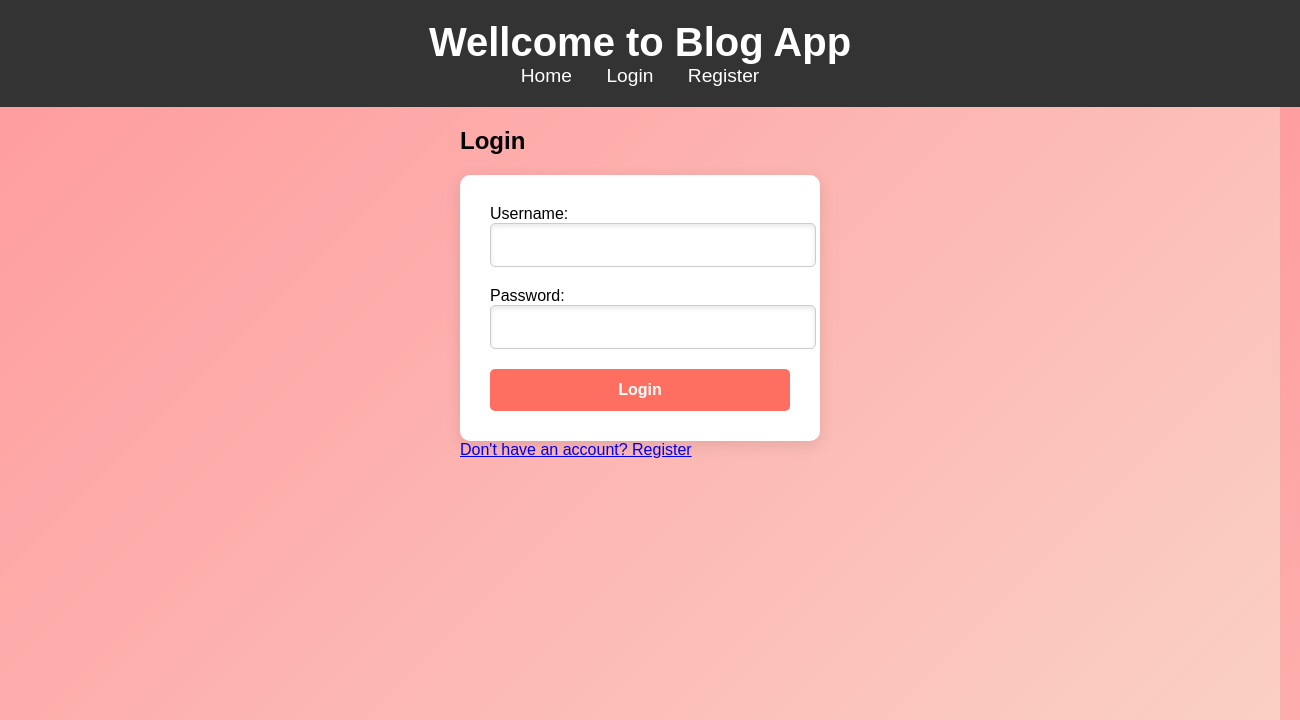
Repository: kapucuonur/blog_App
Page: users/templates/users/login.html
The author's editor kept a copy of each file at every save. The page is drawn from the files as they stood at one save, then again after the next save.
The browser window is 1280 px wide. The page is 1300 px wide, so the pictures cover 1300 px, including what lies to the right of the window. The pictures show the whole page.
The template is drawn by Django 4.2. The application's start-up code is not run. Other server files are loaded and not shown. The template is opened directly, without the code that normally fills it, so the values that code supplies are empty.

Above is the page before, as saved 2025-01-28 13:16:35.

### users/templates/users/login.html
{% extends 'posts/base.html' %}

{% block content %}
    <h2>Login</h2>
    <form method="post">
        {% csrf_token %}

        {% if error %}
            <p style="color: red;">{{ error }}</p>
        {% endif %}

        <label for="id_username">Username:</label>
        <input type="text" name="username" id="id_username" required>

        <label for="id_password">Password:</label>
        <input type="password" name="password" id="id_password" required>

        <button type="submit">Login</button>
    </form>

    <a href="{% url 'register' %}">Don't have an account? Register</a>
{% endblock %}

### posts/templates/posts/base.html
{% load static %}
<!DOCTYPE html>
<html lang="en">
<head>
    <meta charset="UTF-8">
    <meta name="viewport" content="width=device-width, initial-scale=1.0">
    <title>Blog App</title>
    <link rel="stylesheet" href="{% static 'css/styles.css' %}">
</head>
<body>
    <header>
        <h1> Wellcome to Blog App</h1>
        <nav>
            <a href="{% url 'index' %}">Home</a>
            {% if user.is_authenticated %}
                <a href="{% url 'logout' %}">Logout</a>
            {% else %}
                <a href="{% url 'login' %}">Login</a>
                <a href="{% url 'register' %}">Register</a>
            {% endif %}
        </nav>
    </header>
    <main>
        {% block content %}
        {% endblock %}
    </main>
</body>
</html>

### static/css/styles.css
/* General styling */
body {
    font-family: Arial, sans-serif;
    margin: 0;
    padding: 0;
    display: flex;
    flex-direction: column;
    align-items: center;
    justify-content: flex-start;
    height: 100vh;
    background: linear-gradient(135deg, #ff9a9e, #fad0c4);
    animation: backgroundMove 5s infinite alternate;
    box-sizing: border-box;
}

@keyframes backgroundMove {
    from {
        background-position: 0% 50%;
    }
    to {
        background-position: 100% 50%;
    }
}

/* Header and Navigation */
header {
    width: 100%;
    background-color: #333;
    color: white;
    padding: 20px;
    text-align: center;
}

header h1 {
    margin: 0;
    font-size: 2.5rem;
}

nav a {
    display: inline-block;
    color: white;
    margin: 0 15px;
    text-decoration: none;
    font-size: 1.2rem;
    transition: color 0.3s ease;
}

nav a:hover {
    color: #ff6f61;
}

/* Welcome message styling */
.welcome-message {
    text-align:left;
    margin-top: 30px;
    color: #444;
}

.welcome-message h2 {
    font-size: 2rem;
    color: #333;
}

.welcome-message p {
    font-size: 1.2rem;
    color: #555;
}

/* Posts container */
.posts-container {
    display: flex;
    justify-content: center;
    margin-top: 30px;
}

.posts {
    width: 70%;
    max-width: 800px;
}

.post {
    background-color: #fff;
    padding: 20px;
    margin-bottom: 20px;
    border-radius: 10px;
    box-shadow: 0 4px 15px rgba(0, 0, 0, 0.1);
}

.post h4 {
    margin: 0;
    font-size: 1.5rem;
    color: #333;
}

.post p {
    font-size: 1.2rem;
    color: #555;
}

.author {
    font-size: 1rem;
    color: #777;
    margin-top: 10px;
    font-style: italic;
}

/* Form styling */
form {
    background: #fff;
    padding: 30px;
    border-radius: 10px;
    box-shadow: 0 4px 15px rgba(0, 0, 0, 0.1);
    width: 300px;
    animation: slideDown 0.6s ease-in-out;
}

/* Heading inside the form */
form h2 {
    margin-bottom: 20px;
    color: #444;
    text-align: center;
    animation: fadeIn 1s ease-in-out;
}

/* Input styling */
form input {
    width: 100%;
    padding: 12px;
    margin-bottom: 20px;
    border: 1px solid #ccc;
    border-radius: 5px;
    font-size: 16px;
    box-shadow: inset 0 2px 5px rgba(0, 0, 0, 0.1);
    transition: border-color 0.3s ease, box-shadow 0.3s ease;
}

form input:focus {
    border-color: #ff6f61;
    box-shadow: 0 0 8px rgba(255, 111, 97, 0.5);
    outline: none;
}

/* Button styling */
form button {
    width: 100%;
    padding: 12px;
    background: #ff6f61;
    color: white;
    border: none;
    border-radius: 5px;
    font-size: 16px;
    font-weight: bold;
    cursor: pointer;
    transition: background 0.3s ease, transform 0.2s ease;
}

form button:hover {
    background: #e64c3c;
    transform: translateY(-2px);
}

/* Link styling */
form a {
    display: block;
    text-align: center;
    margin-top: 15px;
    text-decoration: none;
    color: #555;
    font-size: 14px;
    transition: color 0.3s ease;
}

form a:hover {
    color: #ff6f61;
}

/* Animations */
@keyframes slideDown {
    from {
        opacity: 0;
        transform: translateY(-20px);
    }
    to {
        opacity: 1;
        transform: translateY(0);
    }
}

@keyframes fadeIn {
    from {
        opacity: 0;
    }
    to {
        opacity: 1;
    }
}

After the next save:
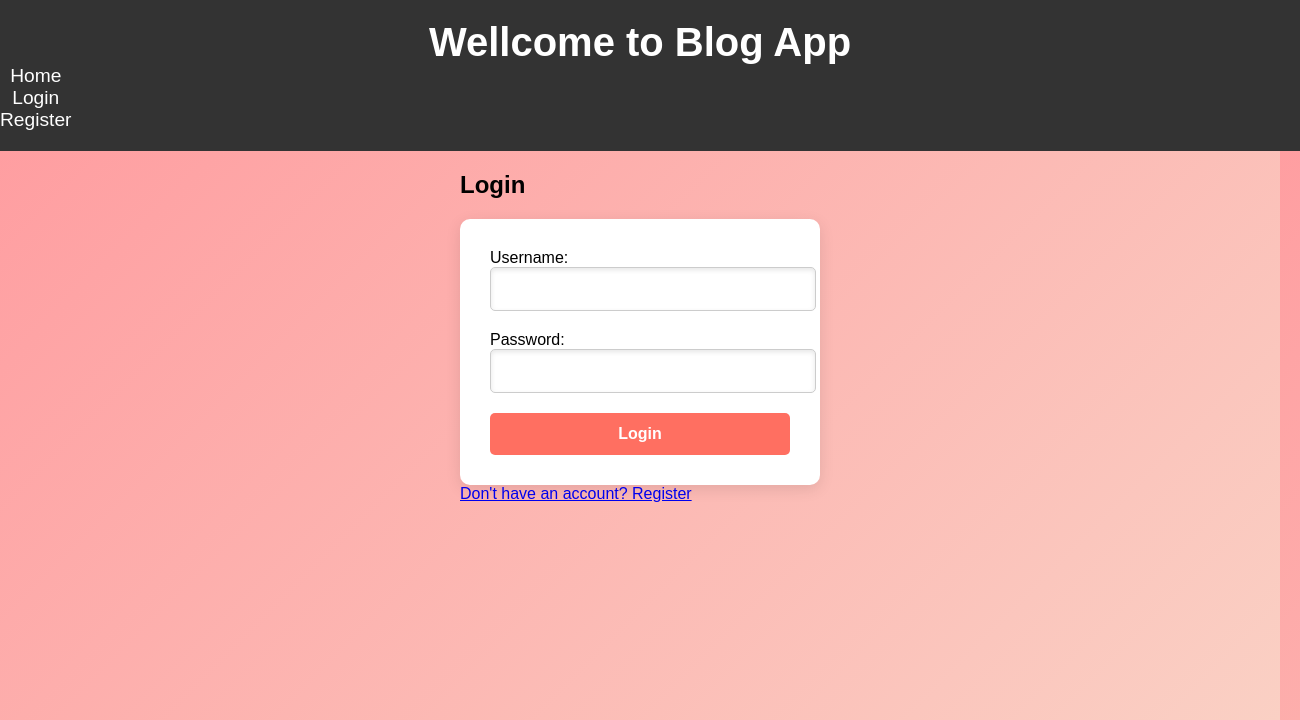
Saved 30 s later.
--- a/static/css/styles.css
+++ b/static/css/styles.css
@@ -37,7 +37,7 @@
 }
 
 nav a {
-    display: inline-block;
+    display: table-row;
     color: white;
     margin: 0 15px;
     text-decoration: none;

After the save that followed:
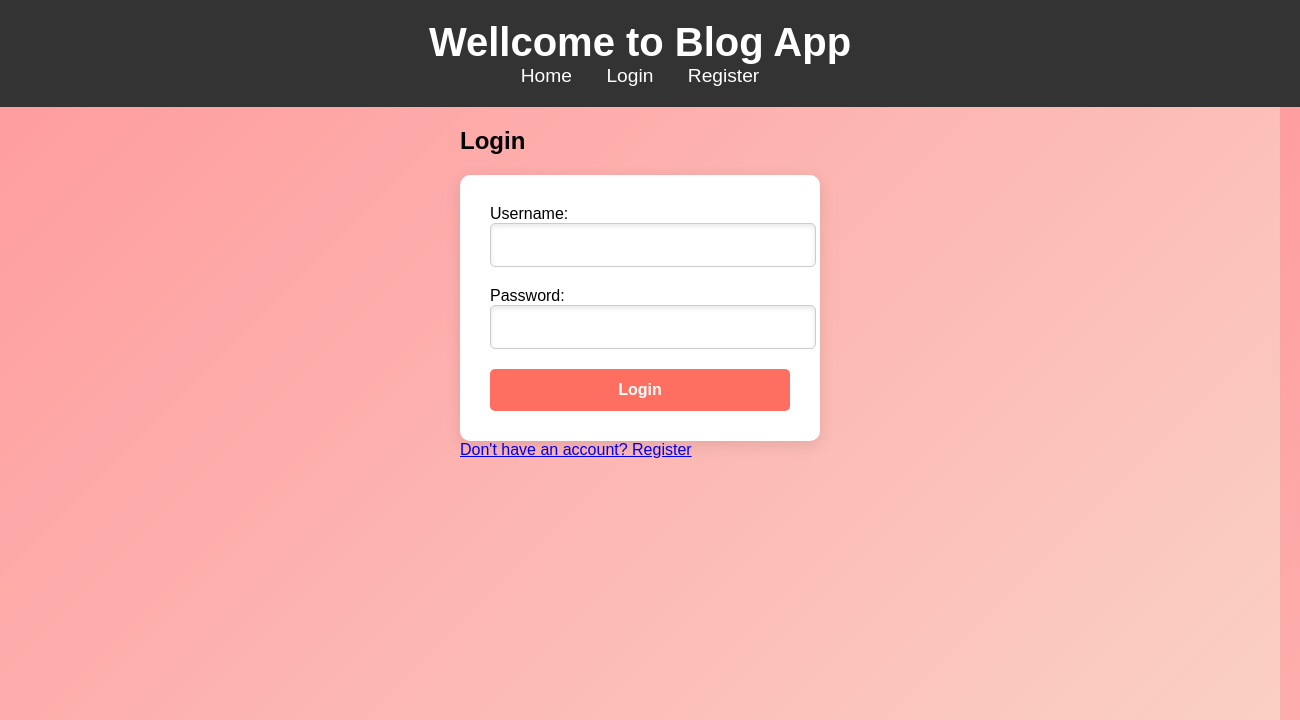
Saved 27 s later.
--- a/static/css/styles.css
+++ b/static/css/styles.css
@@ -37,7 +37,7 @@
 }
 
 nav a {
-    display: table-row;
+    display: inline-block;
     color: white;
     margin: 0 15px;
     text-decoration: none;
